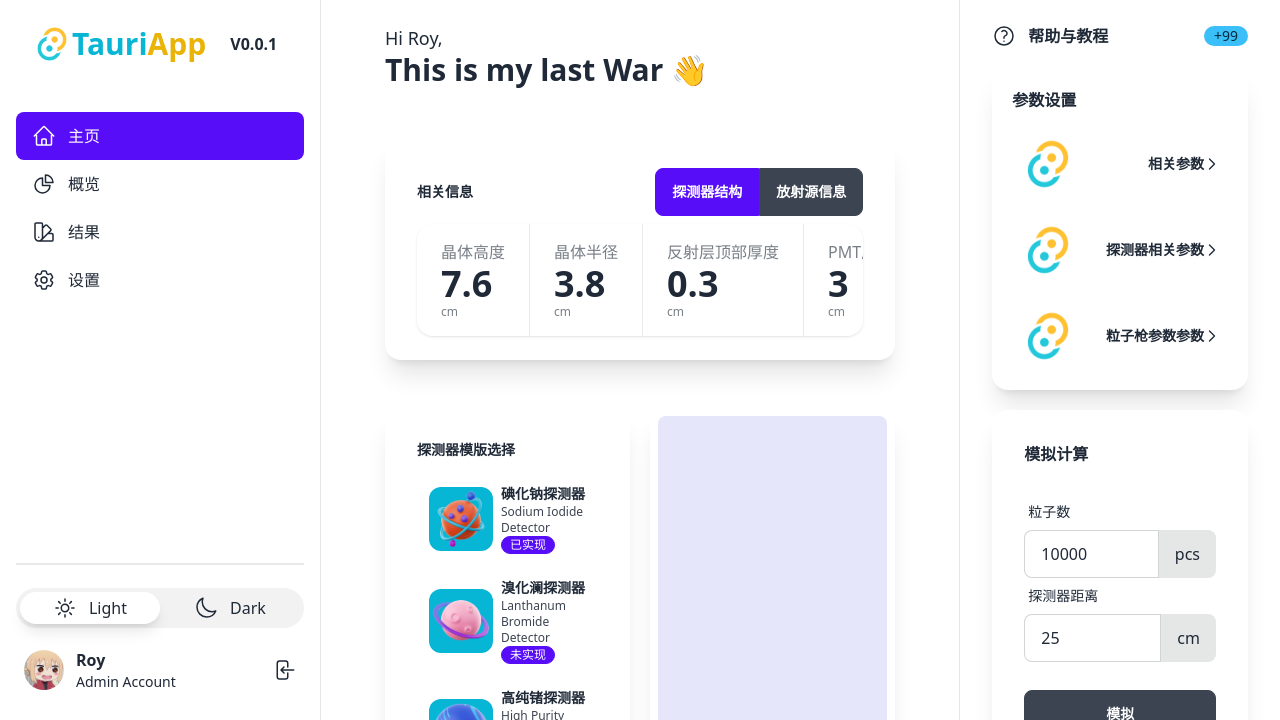
Repository: XMZOVO/tauri-geant4
Page: /
The author's editor kept a copy of each file at every save. The page is drawn from the files as they stood at one save, then again after a run of saves.
The browser window is 1280 px wide. The pictures show the whole page.
The page's requests for data from a server got no answer. An inner scrolling area shows only its first screen. The project was rebuilt for these pictures with package versions that can differ from the ones it lists, and the page was loaded fresh each time. No one was signed in, and anything a server would have sent is missing. Also part of the build but not shown: vite.config.ts.

Above is the page before, as saved 2022-09-11 20:08:35.

### src/main.ts
import { createApp } from "vue";
import App from "./App.vue";
import "./index.css";
import { Router } from "./router";
import { createPinia } from "pinia";

const pinia = createPinia();

createApp(App).use(pinia).use(Router).mount("#app");

### src/router/index.ts
import { createRouter, createWebHistory } from "vue-router";

const routes = [
  {
    path: "",
    component: () => import("../components/MainWindow.vue"),
    children: [
      {
        path: "",
        component: () => import("../components/Home.vue"),
      },
      {
        path: "Setting",
        component: () => import("../components/Setting.vue"),
      },
      {
        path: "Results",
        component: () => import("../components/Results.vue"),
      },
      {
        path: "Overview",
        component: () => import("../components/Overview.vue"),
      },
      // {
      //   path: "Plan",
      //   component: () => import("../components/Plan.vue"),
      // },
    ],
  },
];

export const Router = createRouter({
  scrollBehavior: () => ({ left: 0, top: 0 }),
  history: createWebHistory(),
  routes,
});

### src/components/Home.vue
<script setup lang="ts">
import { ref, onMounted } from "vue";
import { invoke } from "@tauri-apps/api/tauri";
import { useRouter, onBeforeRouteLeave, onBeforeRouteUpdate } from "vue-router";
import path from "path";
import { exit } from "@tauri-apps/api/process";
import { fetch } from "@tauri-apps/api/http";

const router = useRouter();
const greetMsg = ref("");
const name = ref("");
let specFile = ref("");
let JSRootPath = ref("/JsRoot720/");
const btnWait = ref("");
const activeDetector = ref(0);

let detectorSrc = ref(
  JSRootPath.value +
    "index.htm?nobrowser&file=http://localhost:8080/file/G4Backend/build/rootFiles/test.root&item=Default;1&opt=ssao;transp60"
);

const parametersNames = ref([
  { name: "探测器结构", checked: true },
  { name: "放射源信息", checked: false },
]);
const selectedName = ref("钻井液性能");
const detectorProperties = ref([
  { name: "晶体高度", value: 7.6, unit: "cm" },
  { name: "晶体半径", value: 3.8, unit: "cm" },
  { name: "反射层顶部厚度", value: "0.3", unit: "cm" },
  { name: "PMT厚度", value: 3, unit: "cm" },
]);
const radioactiveProperties = ref([
  { name: "放射性同位素", value: "Co60", unit: "" },
  { name: "3", value: 20, unit: "" },
  { name: "4", value: 0.02, unit: "" },
  { name: "5", value: 10, unit: "" },
]);
const detectorList = ref([
  {
    name: "碘化钠探测器",
    percent: 40,
    description: "Sodium Iodide Detector",
    img: "NaI.png",
  },
  {
    name: "溴化澜探测器",
    percent: 100,
    description: "Lanthanum Bromide Detector",
    img: "LB.png",
  },
  {
    name: "高纯锗探测器",
    percent: 60,
    description: "High Purity Germanium Detector",
    img: "HPGe.png",
  },
]);
const paticleParameters = ref([
  { name: "粒子数", value: 10000, unit: "pcs" },
  { name: "探测器距离", value: 25, unit: "cm" },
]);

async function greet() {
  greetMsg.value = await invoke("greet", { name: name.value });
}

onMounted(async () => {});

const parametersInfoChanged = (name: String) => {
  if (name == "探测器结构") {
    parametersNames.value[0].checked = true;
    parametersNames.value[1].checked = false;
  } else {
    parametersNames.value[0].checked = false;
    parametersNames.value[1].checked = true;
  }
};

const executeCalculate = async () => {
  if (paticleParameters.value[0].value > 10000000) {
    alert("粒子数过大");
    return;
  }
  btnWait.value = "loading";
  const response = await fetch("http://localhost:8080/g4", {
    method: "POST",
    query: {
      ch: detectorProperties.value[0].value.toString(),
      cr: detectorProperties.value[1].value.toString(),
      rtt: detectorProperties.value[2].value.toString(),
      num: paticleParameters.value[0].value.toString(),
    },
  }).then((res) => {
    btnWait.value = "";
    router.push({ path: "/Overview" });
  });
};

const refreshDetector = async () => {
  detectorSrc.value = " ";
  await fetch("http://localhost:8080/gdml", {
    method: "GET",
    query: {
      ch: detectorProperties.value[0].value.toString(),
      cr: detectorProperties.value[1].value.toString(),
      rtt: detectorProperties.value[2].value.toString(),
      pmt: detectorProperties.value[3].value.toString(),
    },
  }).then(() => {
    // let iframe: any = document.getElementById("iframe");
    // iframe.contentWindow.location.reload(true);
    detectorSrc.value =
      JSRootPath.value +
      "index.htm?nobrowser&file=http://localhost:8080/file/G4Backend/build/rootFiles/wtest.root&item=Default;1&opt=ssao;transp60";
  });
};

const exitApp = async () => {
  await exit(1);
};
</script>

<template>
  <!-- <div class="card">
    <input id="greet-input" v-model="name" placeholder="Enter a name..." />
    <button type="button" @click="greet()">Greet</button>
  </div>

  <p>{{ greetMsg }}</p> -->

  <div class="flex h-full w-full">
    <div class="w-2/3 space-y-12 border-r border-base-300 py-6 px-16">
      <div class="h-auto">
        <span class="block text-lg font-normal">Hi Roy,</span>
        <span class="block text-3xl font-bold"
          >This is my last War &#128075;</span
        >
      </div>
      <div class="card h-2/6 w-full shadow-xl">
        <div class="card-body justify-between">
          <div class="flex justify-between">
            <p class="card-title text-sm">相关信息</p>
            <!-- 选择框 -->
            <!-- <div class="form-control w-1/3 max-w-xs">
              <select
                class="select select-bordered focus:outline-none"
                @change="parametersInfoChanged($event)"
              >
                <option v-for="item in parametersNames">{{ item }}</option>
              </select>
            </div> -->
            <div class="btn-group">
              <input
                v-for="item in parametersNames"
                type="radio"
                name="options"
                :data-title="item.name"
                class="btn"
                :checked="item.checked"
                @change="parametersInfoChanged(item.name)"
              />
            </div>
          </div>
          <!-- 统计信息 -->
          <div
            class="stats stats-vertical overflow-hidden shadow lg:stats-horizontal"
          >
            <div
              class="stat"
              v-if="parametersNames[0].checked"
              v-for="item in detectorProperties"
            >
              <div class="stat-title">{{ item.name }}</div>
              <div class="stat-value">{{ item.value }}</div>
              <div class="stat-desc">{{ item.unit }}</div>
            </div>
            <div
              class="stat"
              v-if="parametersNames[1].checked"
              v-for="item in radioactiveProperties"
            >
              <div class="stat-title">{{ item.name }}</div>
              <div class="stat-value">{{ item.value }}</div>
              <div class="stat-desc">{{ item.unit }}</div>
            </div>
          </div>
        </div>
      </div>
      <!-- 底部双卡片 -->
      <div class="flex h-3/6 space-x-5">
        <!-- 1 -->
        <div class="card w-1/2 bg-base-100 shadow-xl">
          <div class="card-body gap-3">
            <p class="text-sm font-semibold">探测器模版选择</p>
            <!-- item -->
            <div class="flex h-full flex-col justify-between">
              <div
                v-for="(item, index) in detectorList"
                class="flex cursor-pointer items-center justify-between rounded-xl py-3 px-3 hover:bg-base-300"
              >
                <div class="flex items-center gap-2">
                  <img
                    :src="`/src/assets/${item.img}`"
                    class="h-16 w-16 rounded-xl bg-cyan-500 p-1"
                  />
                  <div class="flex flex-col justify-between">
                    <p class="text-sm font-semibold">{{ item.name }}</p>
                    <p class="text-xs text-neutral">
                      {{ item.description }}
                    </p>
                    <div class="badge badge-primary badge-xs p-2">
                      {{ index == 0 ? "已实现" : "未实现" }}
                    </div>
                  </div>
                </div>
                <!-- <div
                  class="radial-progress text-xs text-primary"
                  :style="
                    '--value: ' +
                    item.percent +
                    '; --size: 3.5rem; --thickness: 6px'
                  "
                >
                  {{ item.percent }}%
                </div> -->
              </div>
            </div>
            <btn class="btn rounded-xl"> 更多模版</btn>
          </div>
        </div>
        <!-- 2 -->
        <div class="card w-1/2 bg-base-100 shadow-xl">
          <div class="card-body p-2">
            <iframe
              :src="detectorSrc"
              frameborder="0"
              class="h-full w-full rounded-lg"
            ></iframe>
            <!-- <div class="h-full w-full bg-black" id="drawing"></div> -->
          </div>
        </div>
      </div>
    </div>

    <!-- 右侧 -->
    <div class="w-1/3 flex-col space-y-5 px-8 pt-6">
      <!-- 帮助 -->
      <div class="flex items-center justify-between">
        <div class="flex items-center space-x-3">
          <svg
            xmlns="http://www.w3.org/2000/svg"
            fill="none"
            viewBox="0 0 24 24"
            stroke-width="1.5"
            stroke="currentColor"
            class="h-6 w-6"
          >
            <path
              stroke-linecap="round"
              stroke-linejoin="round"
              d="M9.879 7.519c1.171-1.025 3.071-1.025 4.242 0 1.172 1.025 1.172 2.687 0 3.712-.203.179-.43.326-.67.442-.745.361-1.45.999-1.45 1.827v.75M21 12a9 9 0 11-18 0 9 9 0 0118 0zm-9 5.25h.008v.008H12v-.008z"
            />
          </svg>
          <label class="font-bold">帮助与教程</label>
        </div>
        <div class="badge badge-info">+99</div>
      </div>
      <!-- 帮助 -->
      <!-- 卡1 -->
      <div class="flex space-x-5">
        <div class="card w-full overflow-visible bg-base-100 shadow-xl">
          <div class="card-body p-5">
            <div class="flex-col space-y-5">
              <p class="text-md font-bold">参数设置</p>

              <!-- 溢流物 -->
              <div class="dropdown-left dropdown w-full">
                <div
                  tabindex="0"
                  class="flex items-center justify-between rounded-xl px-2 py-1 duration-300 hover:cursor-pointer hover:bg-primary hover:text-base-100"
                >
                  <img src="../assets/icon.png" class="h-14 w-14 rounded-xl" />
                  <div class="flex items-center">
                    <p class="text-sm font-bold">相关参数</p>
                    <svg
                      xmlns="http://www.w3.org/2000/svg"
                      fill="none"
                      viewBox="0 0 24 24"
                      stroke-width="2"
                      stroke="currentColor"
                      class="h-4 w-4"
                    >
                      <path
                        stroke-linecap="round"
                        stroke-linejoin="round"
                        d="M8.25 4.5l7.5 7.5-7.5 7.5"
                      />
                    </svg>
                  </div>
                </div>
                <!-- 浮动窗口 -->
                <div
                  tabindex="0"
                  class="card dropdown-content rounded-box w-full bg-base-100 shadow"
                >
                  <div class="card-body space-y-3">
                    <p class="font-bold">设置相关参数</p>
                  </div>
                </div>
              </div>
              <!-- 溢流物 -->
              <!-- 钻井液 -->
              <div class="dropdown-left dropdown w-full">
                <div
                  tabindex="0"
                  class="flex items-center justify-between rounded-xl px-2 py-1 duration-300 hover:cursor-pointer hover:bg-primary hover:text-base-100"
                >
                  <img src="../assets/icon.png" class="h-14 w-14 rounded-xl" />
                  <div class="flex items-center">
                    <p class="text-sm font-bold">探测器相关参数</p>
                    <svg
                      xmlns="http://www.w3.org/2000/svg"
                      fill="none"
                      viewBox="0 0 24 24"
                      stroke-width="2"
                      stroke="currentColor"
                      class="h-4 w-4"
                    >
                      <path
                        stroke-linecap="round"
                        stroke-linejoin="round"
                        d="M8.25 4.5l7.5 7.5-7.5 7.5"
                      />
                    </svg>
                  </div>
                </div>
                <!-- 浮动窗口 -->
                <div
                  tabindex="0"
                  class="card dropdown-content rounded-box w-96 bg-base-100 shadow"
                >
                  <div class="card-body space-y-1">
                    <div class="flex items-center">
                      <p class="font-bold">
                        设置{{
                          activeDetector == 0 ? "碘化钠" : "高纯锗"
                        }}探测器参数
                      </p>
                      <button class="btn btn-xs" @click="refreshDetector">
                        刷新探测器模型
                      </button>
                    </div>
                    <div
                      v-for="item in detectorProperties"
                      class="form-control"
                    >
                      <label class="label">
                        <span class="label-text">{{ item.name }}</span>
                      </label>
                      <label class="input-group">
                        <input
                          type="text"
                          v-model="item.value"
                          class="input input-bordered w-3/4 focus:outline-none"
                        />
                        <span class="w-1/4">{{ item.unit }}</span>
                      </label>
                    </div>
                  </div>
                </div>
              </div>
              <!-- 钻井液 -->
              <!-- 节流压 -->
              <div class="dropdown-left dropdown w-full">
                <div
                  tabindex="0"
                  class="flex items-center justify-between rounded-xl px-2 py-1 duration-300 hover:cursor-pointer hover:bg-primary hover:text-base-100"
                >
                  <img src="../assets/icon.png" class="h-14 w-14 rounded-xl" />
                  <div class="flex items-center">
                    <p class="text-sm font-bold">粒子枪参数参数</p>
                    <svg
                      xmlns="http://www.w3.org/2000/svg"
                      fill="none"
                      viewBox="0 0 24 24"
                      stroke-width="2"
                      stroke="currentColor"
                      class="h-4 w-4"
                    >
                      <path
                        stroke-linecap="round"
                        stroke-linejoin="round"
                        d="M8.25 4.5l7.5 7.5-7.5 7.5"
                      />
                    </svg>
                  </div>
                </div>
                <!-- 浮动窗口 -->
                <div
                  tabindex="0"
                  class="card dropdown-content rounded-box w-96 bg-base-100 shadow"
                >
                  <div class="card-body space-y-3">
                    <p class="font-bold">设置粒子枪参数</p>
                    <div
                      v-for="item in radioactiveProperties"
                      class="form-control"
                    >
                      <label class="label">
                        <span class="label-text">{{ item.name }}</span>
                      </label>
                      <label class="input-group">
                        <input
                          type="text"
                          v-model="item.value"
                          class="input input-bordered w-3/4 focus:outline-none"
                        />
                        <span class="w-1/4">{{ item.unit }}</span>
                      </label>
                    </div>
                  </div>
                </div>
              </div>
              <!-- 节流压 -->
            </div>
          </div>
        </div>
      </div>
      <!-- 卡2 -->
      <div class="flex space-x-5">
        <div class="card w-full bg-base-100 shadow-xl">
          <div class="card-body space-y-5">
            <p class="text-md font-bold">模拟计算</p>
            <div>
              <div v-for="item in paticleParameters" class="form-control">
                <label class="label">
                  <span class="label-text">{{ item.name }}</span>
                </label>
                <label class="input-group">
                  <input
                    type="text"
                    placeholder="0.01"
                    v-model="item.value"
                    class="input input-bordered w-full focus:outline-none"
                  />
                  <span>{{ item.unit }}</span>
                </label>
              </div>
            </div>
            <!-- 计算 -->
            <button :class="'btn w-full ' + btnWait" @click="executeCalculate">
              模拟
            </button>
          </div>
        </div>
      </div>
    </div>
  </div>
</template>

<style scoped></style>

Loaded but not shown: index.html (common file); src/App.vue (common file); src/index.css (common file); tailwind.config.cjs (common file); public/JsRoot720/modules/d3.mjs (library); public/JsRoot720/modules/gui/HierarchyPainter.mjs (library); public/JsRoot720/modules/io.mjs (3859 lines, source omitted); public/JsRoot720/modules/gpad/TFramePainter.mjs (2781 lines, source omitted); public/JsRoot720/modules/gpad/TPadPainter.mjs (2078 lines, source omitted); public/JsRoot720/modules/gui/menu.mjs (1573 lines, source omitted); public/JsRoot720/modules/core.mjs (1681 lines, source omitted); public/JsRoot720/modules/gui/display.mjs (1711 lines, source omitted); public/JsRoot720/modules/base/ObjectPainter.mjs (1608 lines, source omitted); public/JsRoot720/modules/base/math.mjs (2061 lines, source omitted); public/JsRoot720/modules/gpad/TAxisPainter.mjs (1330 lines, source omitted); public/JsRoot720/modules/hist/TPavePainter.mjs (1257 lines, source omitted); public/JsRoot720/modules/base/latex.mjs (1324 lines, source omitted); public/JsRoot720/modules/draw.mjs (618 lines, source omitted); public/JsRoot720/modules/gui/utils.mjs (511 lines, source omitted); public/JsRoot720/modules/gpad/TCanvasPainter.mjs (756 lines, source omitted); public/JsRoot720/modules/base/BasePainter.mjs (670 lines, source omitted); public/JsRoot720/modules/base/TAttFillHandler.mjs (343 lines, source omitted); public/JsRoot720/modules/base/TAttMarkerHandler.mjs (292 lines, source omitted); public/JsRoot720/modules/gui.mjs (206 lines, source omitted); public/JsRoot720/modules/base/colors.mjs (172 lines, source omitted); public/JsRoot720/modules/base/TAttLineHandler.mjs (166 lines, source omitted); public/JsRoot720/modules/base/FontHandler.mjs (139 lines, source omitted); src/components/MainWindow.vue (303 lines, source omitted)

After the next 2 saves:
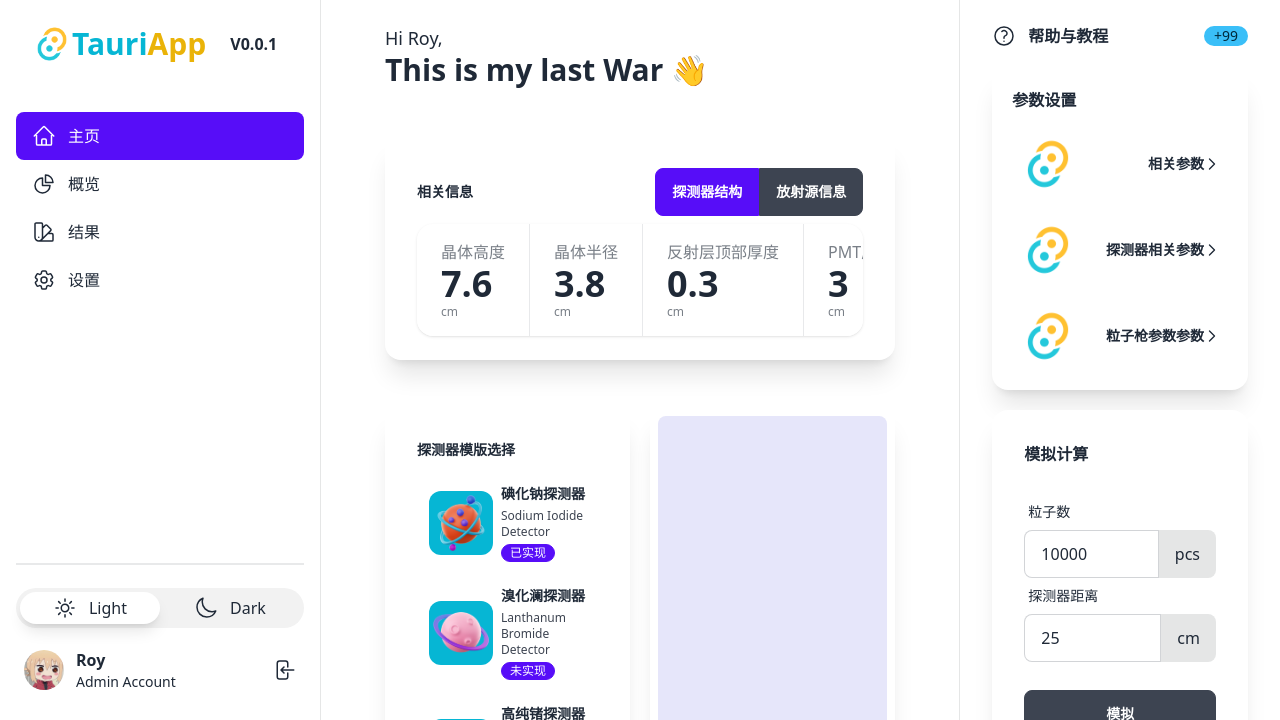
The 2 saves are shown as one change because they came seconds apart.
The last was saved 15 s later.
--- a/src/components/Home.vue
+++ b/src/components/Home.vue
@@ -204,7 +204,7 @@
                     :src="`/src/assets/${item.img}`"
                     class="h-16 w-16 rounded-xl bg-cyan-500 p-1"
                   />
-                  <div class="flex flex-col justify-between">
+                  <div class="flex flex-col gap-1">
                     <p class="text-sm font-semibold">{{ item.name }}</p>
                     <p class="text-xs text-neutral">
                       {{ item.description }}

After the 3 saves that followed:
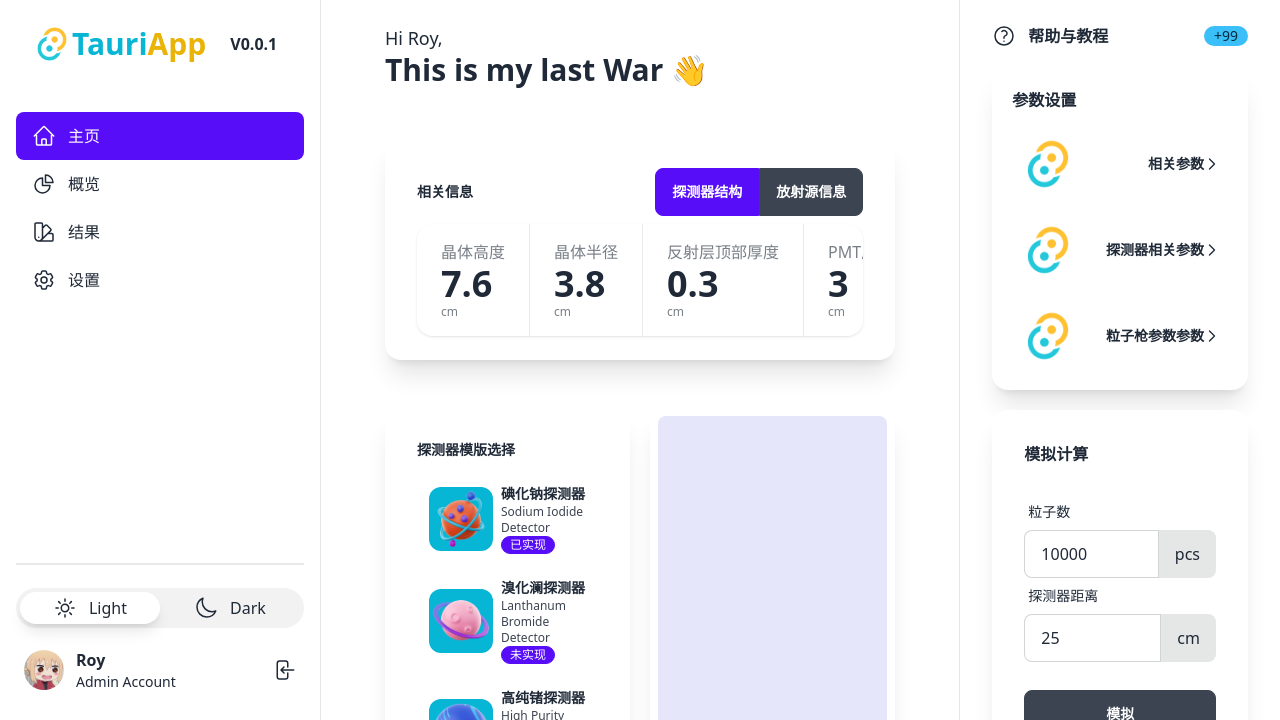
The 3 saves are shown as one change because they came seconds apart.
The last was saved 17 s later.
--- a/src/components/Home.vue
+++ b/src/components/Home.vue
@@ -204,7 +204,7 @@
                     :src="`/src/assets/${item.img}`"
                     class="h-16 w-16 rounded-xl bg-cyan-500 p-1"
                   />
-                  <div class="flex flex-col gap-1">
+                  <div class="flex flex-col">
                     <p class="text-sm font-semibold">{{ item.name }}</p>
                     <p class="text-xs text-neutral">
                       {{ item.description }}
